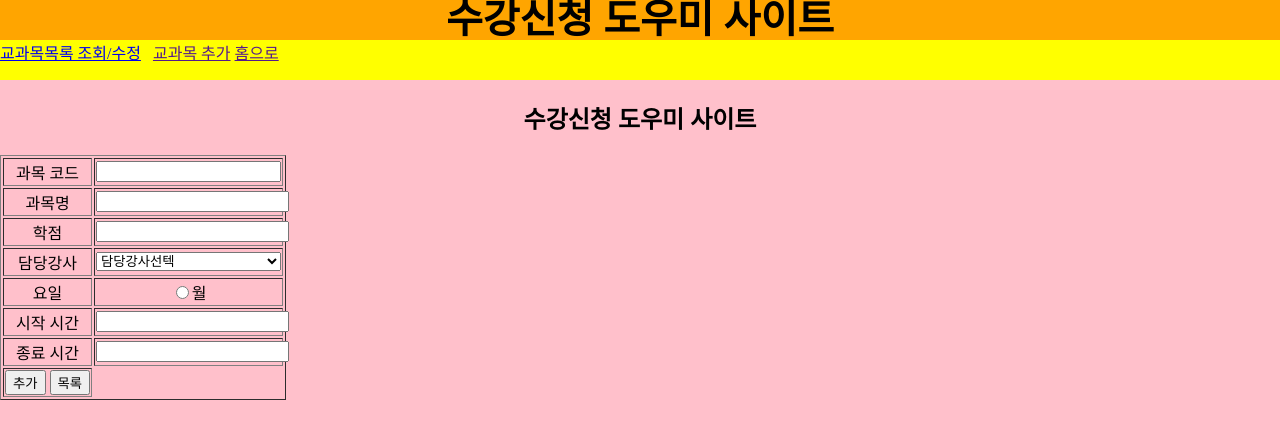
Repository: minjun223/EIP_Study
Page: http://localhost/HRD_2201/insert.jsp
An editor plug-in stored every save of this project. The page is shown before and after the next save, followed by the edit.
The browser window is 1280 px wide. The pictures show the whole page.
The page is served by Tomcat 9. Other server files are loaded and not shown.

Above is the page before, as saved 2023-02-11 11:39:04.

### 수강신청/HRD_2201/src/main/webapp/insert.jsp
<%@ page language="java" contentType="text/html; charset=UTF-8"
    pageEncoding="UTF-8"%>
<!DOCTYPE html>
<html>
<head>
<meta charset="UTF-8">
<title>Insert title here</title>
</head>
<body>
<jsp:include page="header.jsp"></jsp:include>
<section style="position:fixed; top:80px; left:0px; text-align:center; width:100%; height:100%; background-color:pink">
<h2 style="text-align:center">수강신청 도우미 사이트</h2>
	<form style="display:flex; text-align:center; align-item:center; text-align:center">
		<table border="1">
			<tr>
				<td>과목 코드</td>
				<td><input type="text"></td>
			</tr>
			<tr>
				<td>과목명</td>
				<td><input type="text" style="width:100%;"></td>
			</tr>
			<tr>
				<td>학점</td>
				<td><input type="text" style="width:100%;"></td>
			</tr>
			<tr>
				<td>담당강사</td>
				<td>
				<select name=""style="width:100%;">
					<option value="">담당강사선텍</option>
					<option value="1">김교수</option>
					<option value="2">이교수</option>
					<option value="3">박교수</option>
					<option value="4">우교수</option>
					<option value="5">최교수</option>
					<option value="6">임교수</option>
				</select>
				</td>
			</tr>
			<tr>
				<td>요일</td>
				<td>
				<input type="radio"value="1">월

				</td>
			</tr>
			<tr>
				<td>시작 시간</td>
				<td><input type="text"style="width:100%;"></td>
			</tr>
			<tr>
				<td>종료 시간</td>
				<td><input type="text"style="width:100%;"></td>
			</tr>
			<tr>
				<td style="text-align:center;width:100%">
					<input type="button" value="추가">
					<input type="button" value="목록">
				</td>
			</tr>
		</table>
	</form>
</section>
<jsp:include page="header.jsp"></jsp:include>
</body>
</html>

### 수강신청/HRD_2201/src/main/webapp/header.jsp
<%@ page language="java" contentType="text/html; charset=UTF-8"
    pageEncoding="UTF-8"%>
<!DOCTYPE html>
<html>
<head>
<meta charset="UTF-8">
<title>Insert title here</title>
</head>
<body>
<header style="position:fixed; top:0px; height:40px; line-height:40px; left:0px; width:100%; background-color:orange; text-align:center; font-size:40px">
<b>수강신청 도우미 사이트</b></header>
<nav style="position:fixed; top:40px; height:40px; line-heignt:40px; left:0px;width:100%; pedding-left:20px; background-color:yellow">
	<a href="insert.jsp">교과목목록 조회/수정</a>&nbsp;&nbsp;
	<a href="">교과목 추가</a>
	<a href="">홈으로</a>
</nav>
</body>
</html>

After the next save:
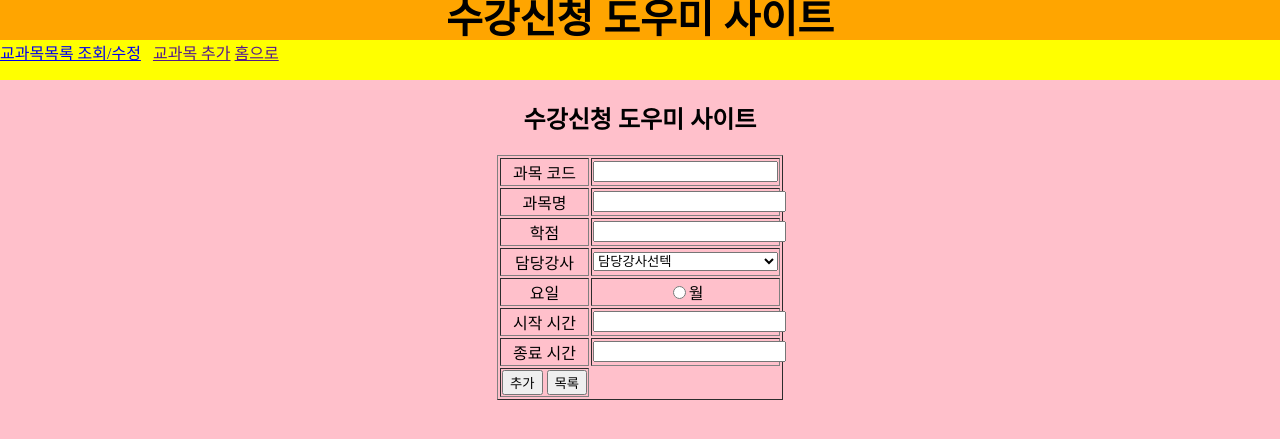
Saved 76 s later.
--- a/수강신청/HRD_2201/src/main/webapp/insert.jsp
+++ b/수강신청/HRD_2201/src/main/webapp/insert.jsp
@@ -10,7 +10,7 @@
 <jsp:include page="header.jsp"></jsp:include>
 <section style="position:fixed; top:80px; left:0px; text-align:center; width:100%; height:100%; background-color:pink">
 <h2 style="text-align:center">수강신청 도우미 사이트</h2>
-	<form style="display:flex; text-align:center; align-item:center; text-align:center">
+	<form style="display:flex; justify-content:center; align-item:center; text-align:center">
 		<table border="1">
 			<tr>
 				<td>과목 코드</td>
